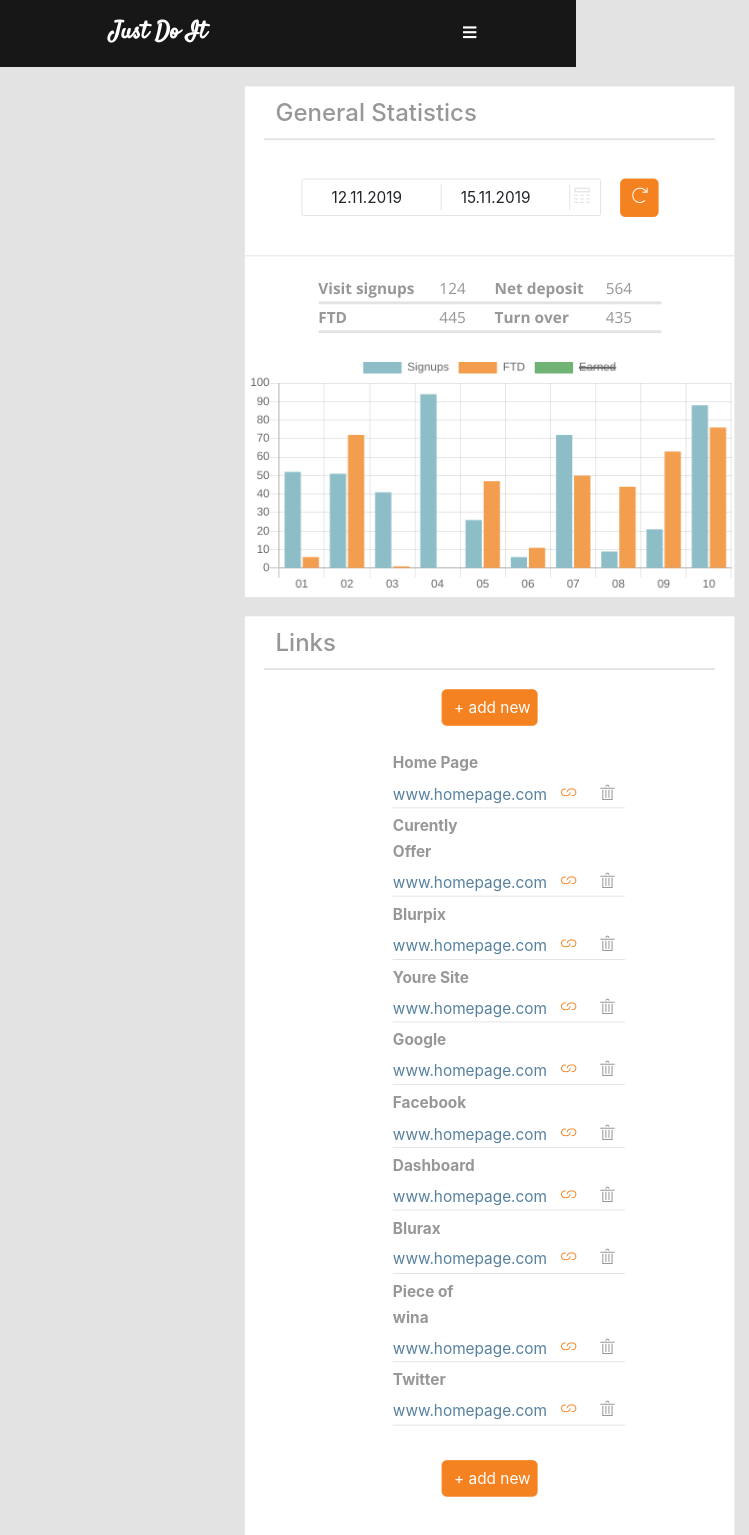
Repository: OllaWilk/wwwJustDoIt
Page: index.html
These files come from the project's save history. The page is drawn as it stood at one moment and after the next save; the edit follows.
The browser window is 600 px wide. The page is 780 px wide, then 600 px, so the pictures cover 780 px, including what lies to the right of the window. The pictures show the whole page, at 96% of full size.
Some web libraries are served in a nearby version. The style sheet was rebuilt from its Sass, Less or Tailwind sources for each picture, by a compiler version that may differ from the author's.

Above is the page before, as saved 2019-12-25 19:19:00.

After the next save:
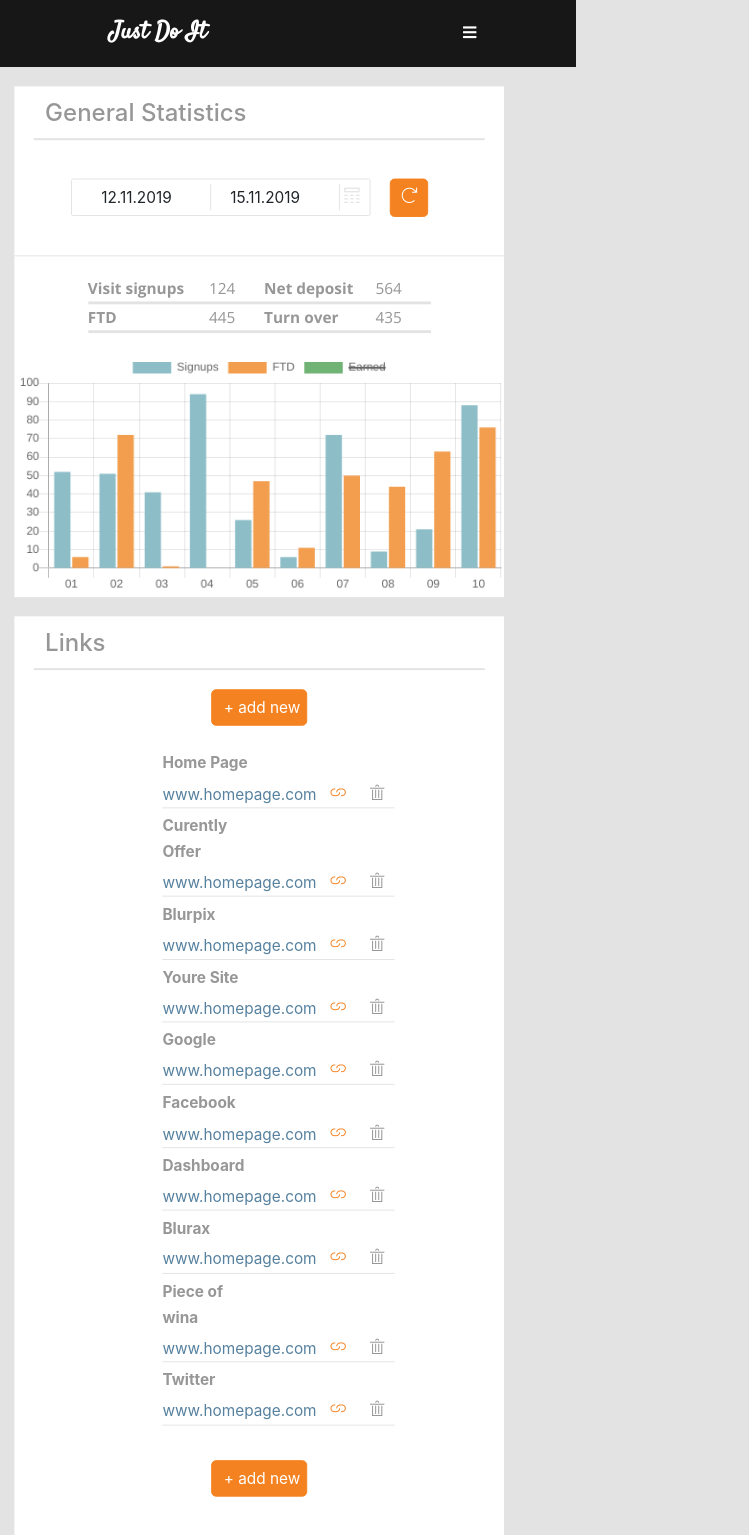
Saved 11 s later.
--- a/sass/components/_mediaQuery.scss
+++ b/sass/components/_mediaQuery.scss
@@ -61,7 +61,7 @@
      /*layout*/
 
     .container {
-        left: center;
+        left: 0;
         width: 100%;
         top: 90px;
     }
